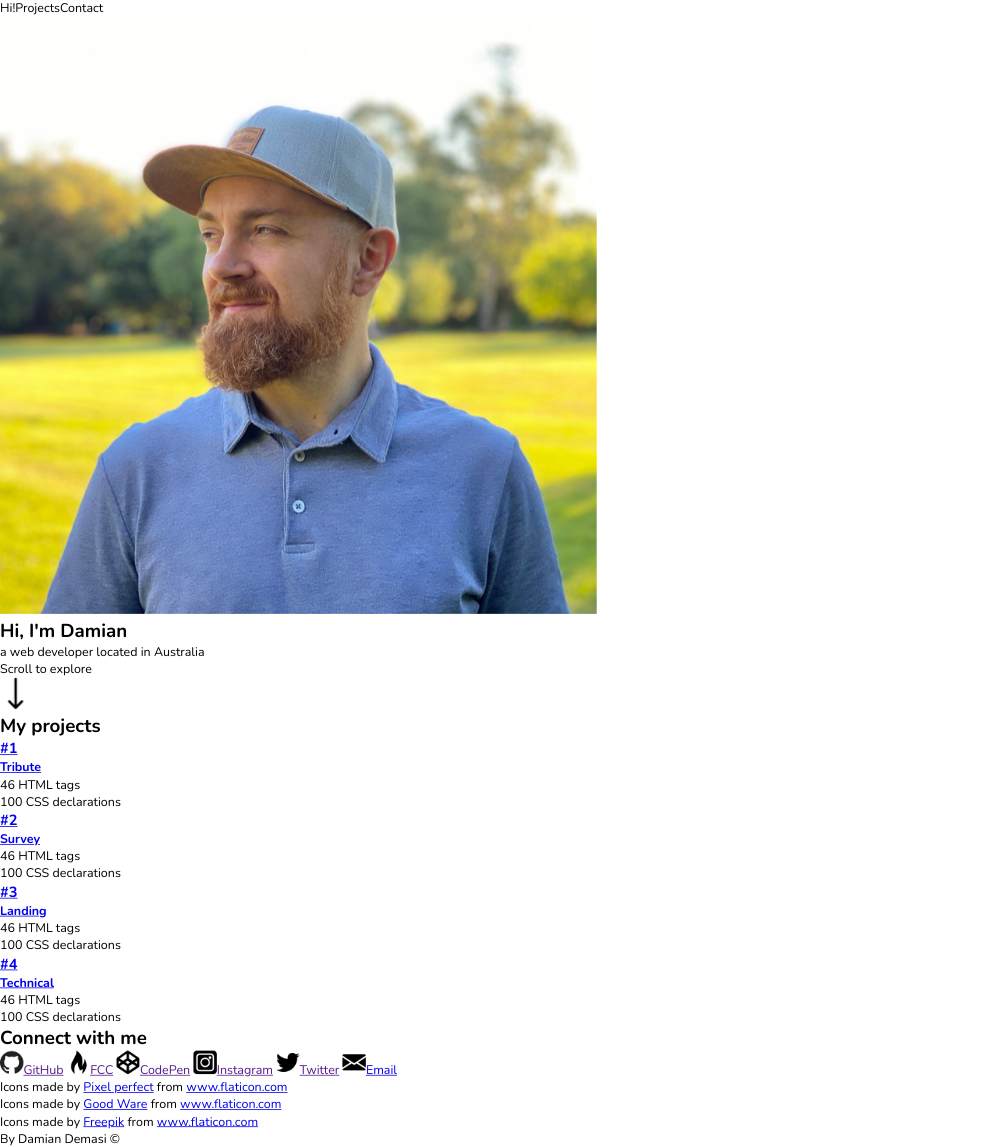
Repository: Colo-Codes/freecodecamp-05-Personal-Portfolio-Webpage
Page: index.html
The author's editor kept a copy of each file at every save. The page is drawn from the files as they stood at one save, then again after the next save.
The browser window is 1280 px wide. The pictures show the whole page, at 78% of full size.

Above is the page before, as saved 2021-06-03 10:52:29.

### index.html
<!DOCTYPE html>
<html lang="en">
<head>
    <meta charset="UTF-8">
    <meta http-equiv="X-UA-Compatible" content="IE=edge">
    <meta name="viewport" content="width=device-width, initial-scale=1.0">
    <link rel="preconnect" href="https://fonts.gstatic.com">
    <link href="https://fonts.googleapis.com/css2?family=Nunito:wght@300;400;700&display=swap" rel="stylesheet">
    <link rel="stylesheet" href="./css/index.css">
    <title>Personal Portfolio Webpage</title>
</head>
<body>
    <header>
        <navbar id="navbar">
            <ul id="navbar-list">
                <li>Hi!</li>
                <li>Projects</li>
                <li>Contact</li>
            </ul>
        </navbar>
    </header>

    <section id="welcome-section">
        <div id="top-layer">
            <img src="./img/6D5BF231-2A3E-4029-9EFE-9C82AF0D506F_1_105_c.jpeg" alt="Damian's profile picture: he has a hat, beard, and he is looking left while standing on a green field.">
            <h1>Hi, I'm Damian</h1>
            <p>a web developer located in Australia</p>
            <p>Scroll to explore</p>
            <img src="./img/down-arrow.png" alt="Arrow pointing down." height="40px">
        </div>
        <div id="bottom-layer"></div>
    </section>

    <section id="projects">
        <h2>My projects</h2>

        <div class="project-card">
            <div class="project-tile">
                <a href="#project1"><h3>#1</h3><h4>Tribute</h4></a>
            </div>
            <p>46 HTML tags</p>
            <p>100 CSS declarations</p>
        </div>

        <div class="project-card">
            <div class="project-tile">
                <a href="#project1"><h3>#2</h3><h4>Survey</h4></a>
            </div>
            <p>46 HTML tags</p>
            <p>100 CSS declarations</p>
        </div>

        <div class="project-card">
            <div class="project-tile">
                <a href="#project1"><h3>#3</h3><h4>Landing</h4></a>
            </div>
            <p>46 HTML tags</p>
            <p>100 CSS declarations</p>
        </div>

        <div class="project-card">
            <div class="project-tile">
                <a href="#project1"><h3>#4</h3><h4>Technical</h4></a>
            </div>
            <p>46 HTML tags</p>
            <p>100 CSS declarations</p>
        </div>

    </section>

    <section id="contact">
        <h2>Connect with me</h2>
        <a href="" id="profile-link" target="_blank"><img src="./img/github.png" width="30px">GitHub</a>
        <a href="" id="profile-link-fcc" target="_blank"><img src="./img/fire.png" width="30px">FCC</a>
        <a href="" id="profile-link-codepen" target="_blank"><img src="./img/3d-outlined-shape.png" width="30px">CodePen</a>
        <a href="" id="profile-link-instagram" target="_blank"><img src="./img/instagram.png" width="30px">Instagram</a>
        <a href="" id="profile-link-twitter" target="_blank"><img src="./img/twitter.png" width="30px">Twitter</a>
        <a href="mailto:damian.demasi.1@gmail.com" id="profile-link-email" target="_blank"><img src="./img/email.png" width="30px">Email</a>
    </section>

    <footer>
        <div>Icons made by <a href="https://www.flaticon.com/authors/pixel-perfect" title="Pixel perfect">Pixel perfect</a> from <a href="https://www.flaticon.com/" title="Flaticon">www.flaticon.com</a></div>
        <div>Icons made by <a href="https://www.flaticon.com/authors/good-ware" title="Good Ware">Good Ware</a> from <a href="https://www.flaticon.com/" title="Flaticon">www.flaticon.com</a></div>
        <div>Icons made by <a href="https://www.freepik.com" title="Freepik">Freepik</a> from <a href="https://www.flaticon.com/" title="Flaticon">www.flaticon.com</a></div>
        <p>By Damian Demasi &copy;</p>
    </footer>
</body>
</html>

### css/index.css
/* @media */

/* The height of the welcome section should be equal to the height of the viewport. */

/* The navbar should always be at the top of the viewport. */

/* Border-box and font-size */
html {
    box-sizing: border-box;
    font-size: 16px;
}
body {
    font-family: 'Nunito', sans-serif;
}

/* Reset margins and set global values */

*, *::before, *::after {
    box-sizing: inherit;
    margin: 0;
    padding: 0;
}

/* Navbar */

#navbar {
    background-color: #4477E3;
    width: 100%;
    height: 500px;
}
#navbar-list {
    display: flex;
}
#navbar-list li {
    list-style: none;
}

After the next save:
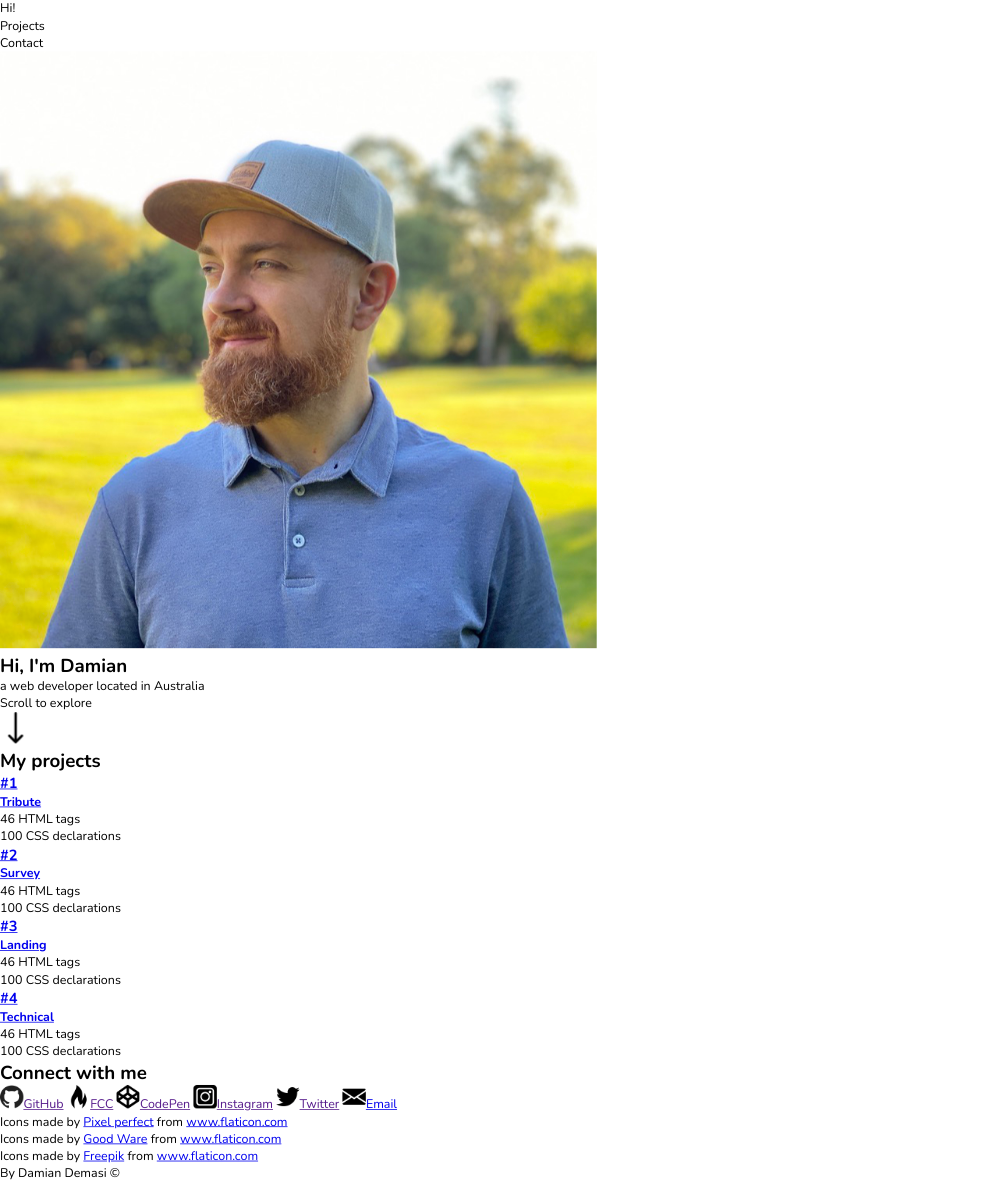
Saved 42 s later.
--- a/index.html
+++ b/index.html
@@ -12,10 +12,10 @@
 <body>
     <header>
         <navbar id="navbar">
-            <ul id="navbar-list">
-                <li>Hi!</li>
-                <li>Projects</li>
-                <li>Contact</li>
+            <ul id="navbar-list flex-container">
+                <li class="flex-item">Hi!</li>
+                <li class="flex-item">Projects</li>
+                <li class="flex-item">Contact</li>
             </ul>
         </navbar>
     </header>

After the 2 saves that followed:
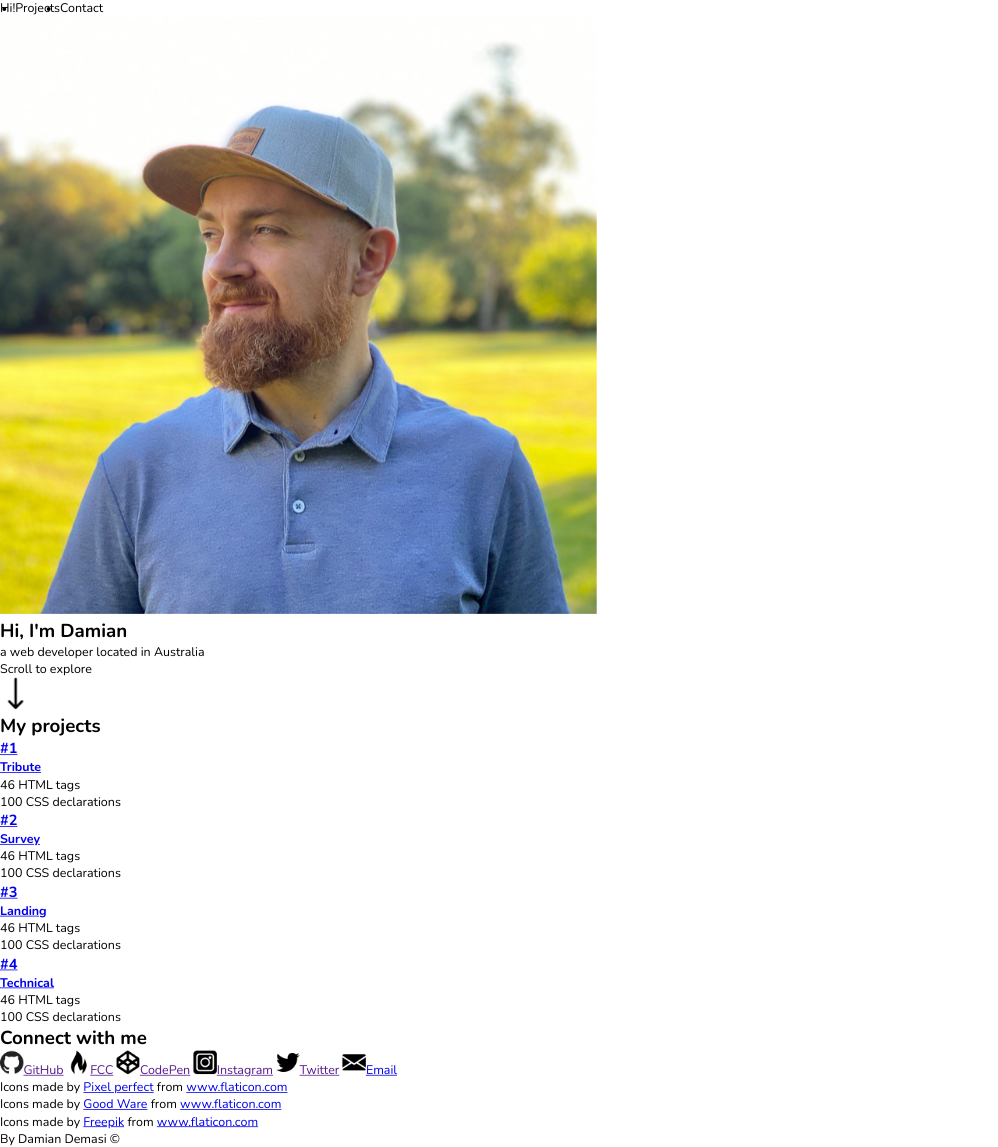
The 2 saves are shown as one change because 1 left the picture as it was.
The last was saved 39 s later.
--- a/index.html
+++ b/index.html
@@ -12,10 +12,10 @@
 <body>
     <header>
         <navbar id="navbar">
-            <ul id="navbar-list flex-container">
-                <li class="flex-item">Hi!</li>
-                <li class="flex-item">Projects</li>
-                <li class="flex-item">Contact</li>
+            <ul id="navbar-flex-container">
+                <li class="navbar-flex-item">Hi!</li>
+                <li class="navbar-flex-item">Projects</li>
+                <li class="navbar-flex-item">Contact</li>
             </ul>
         </navbar>
     </header>
--- a/css/index.css
+++ b/css/index.css
@@ -28,9 +28,9 @@ body {
     width: 100%;
     height: 500px;
 }
-#navbar-list {
+#navbar-flex-container {
     display: flex;
 }
-#navbar-list li {
+#navbar-flex-list {
     list-style: none;
 }
